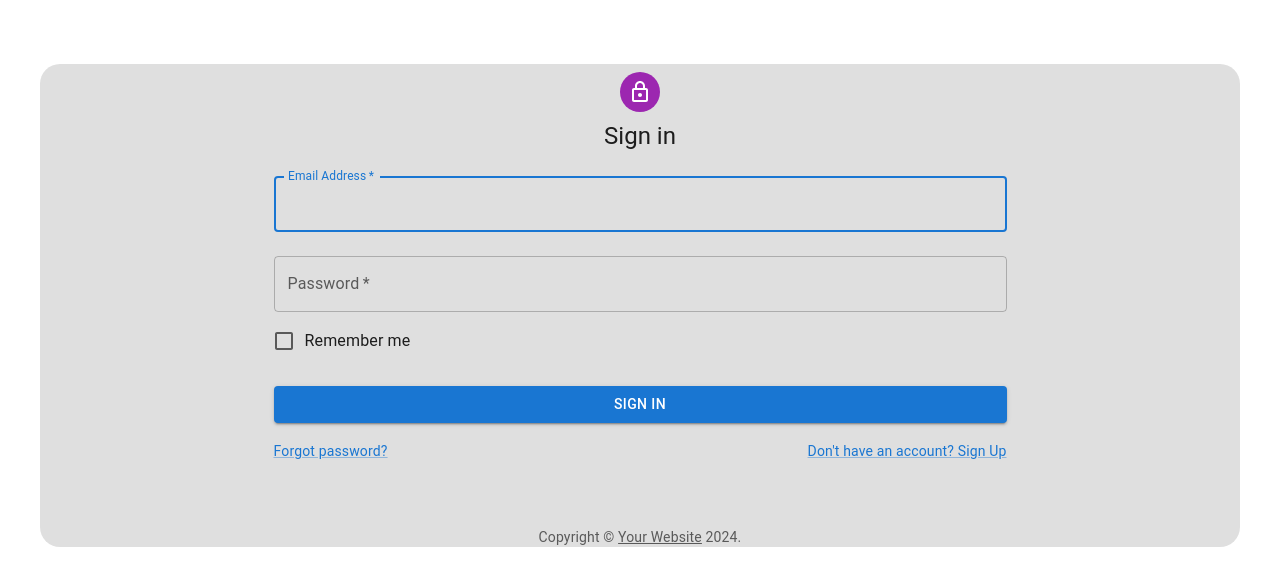
Repository: Milith97/Book-Borrowing-System
Page: /
An editor plug-in stored every save of this project. The page is shown before and after the next save, followed by the edit.
The browser window is 1280 px wide. The pictures show the whole page.
The project was rebuilt for these pictures with package versions that can differ from the ones it lists, and the page was loaded fresh each time. Also part of the build but not shown: vite.config.js, src/Componnts/SignUp.jsx, src/index.css.

Above is the page before, as saved 2024-03-25 13:35:38.

### src/App.jsx
import React from 'react';
import { BrowserRouter as Router, Route, Routes, Navigate } from 'react-router-dom';
import SignIn from './Componnts/SignIn';
import SignUp from './Componnts/SignUp';

function App() {
  return (
    <Router>
      <Routes>
        <Route path="/" element={<Navigate replace to="/signin" />} />
        <Route path="/signin" element={<SignIn />} />
        <Route path="/signup" element={<SignUp />} />
        {/* Redirects any other path to /signin */}
        <Route path="*" element={<Navigate replace to="/signin" />} />
      </Routes>
    </Router>
  );
}

export default App;

### src/Componnts/SignIn.jsx
import * as React from 'react';
import Avatar from '@mui/material/Avatar';
import Button from '@mui/material/Button';
import CssBaseline from '@mui/material/CssBaseline';
import TextField from '@mui/material/TextField';
import FormControlLabel from '@mui/material/FormControlLabel';
import Checkbox from '@mui/material/Checkbox';
import Link from '@mui/material/Link';
import Grid from '@mui/material/Grid';
import Box from '@mui/material/Box';
import LockOutlinedIcon from '@mui/icons-material/LockOutlined';
import Typography from '@mui/material/Typography';
import Container from '@mui/material/Container';
import { Link as RouterLink } from 'react-router-dom';
import { createTheme, ThemeProvider } from '@mui/material/styles';

function Copyright(props) {
  return (
    <Typography variant="body2" color="text.secondary" align="center" {...props}>
      {'Copyright © '}
      <Link color="inherit" href="https://mui.com/">
        Your Website
      </Link>{' '}
      {new Date().getFullYear()}
      {'.'}
    </Typography>
  );
}

// TODO remove, this demo shouldn't need to reset the theme.

const defaultTheme = createTheme();

export default function SignIn() {
  const handleSubmit = (event) => {
    event.preventDefault();
    const data = new FormData(event.currentTarget);
    console.log({
      email: data.get('email'),
      password: data.get('password'),
    });
  };

  return (
    <ThemeProvider theme={defaultTheme}>
      <Container component="main" maxWidth="lg" sx={{ backgroundColor: '#dfdfdf',borderRadius:5}}>
        <CssBaseline />
        <Box
          sx={{
            marginTop: 8,
            display: 'flex',
            flexDirection: 'column',
            alignItems: 'center',

          }}
        >
          <Avatar sx={{ m: 1, bgcolor: 'secondary.main' }}>
            <LockOutlinedIcon />
          </Avatar>
          <Typography component="h1" variant="h5">
            Sign in
          </Typography>
          <Box component="form" onSubmit={handleSubmit} noValidate sx={{ mt: 1 }}>
            <TextField
              margin="normal"
              required
              fullWidth
              id="email"
              label="Email Address"
              name="email"
              autoComplete="email"
              autoFocus
            />
            <TextField
              margin="normal"
              required
              fullWidth
              name="password"
              label="Password"
              type="password"
              id="password"
              autoComplete="current-password"
            />
            <FormControlLabel
              control={<Checkbox value="remember" color="primary" />}
              label="Remember me"
            />
            <Button
              type="submit"
              fullWidth
              variant="contained"
              sx={{ mt: 3, mb: 2 }}
            >
              Sign In
            </Button>
            <Grid container>
              <Grid item xs>
                <Link href="#" variant="body2">
                  Forgot password?
                </Link>
              </Grid>
              <Grid item>
                <Link component={RouterLink} to="/signup" variant="body2">
                  {"Don't have an account? Sign Up"}
                </Link>
              </Grid>
            </Grid>
          </Box>
        </Box>
        <Copyright sx={{ mt: 8, mb: 4 }} />
      </Container>
    </ThemeProvider>
  );
}

Loaded but not shown: index.html (common file); src/main.jsx (common file)

After the next save:
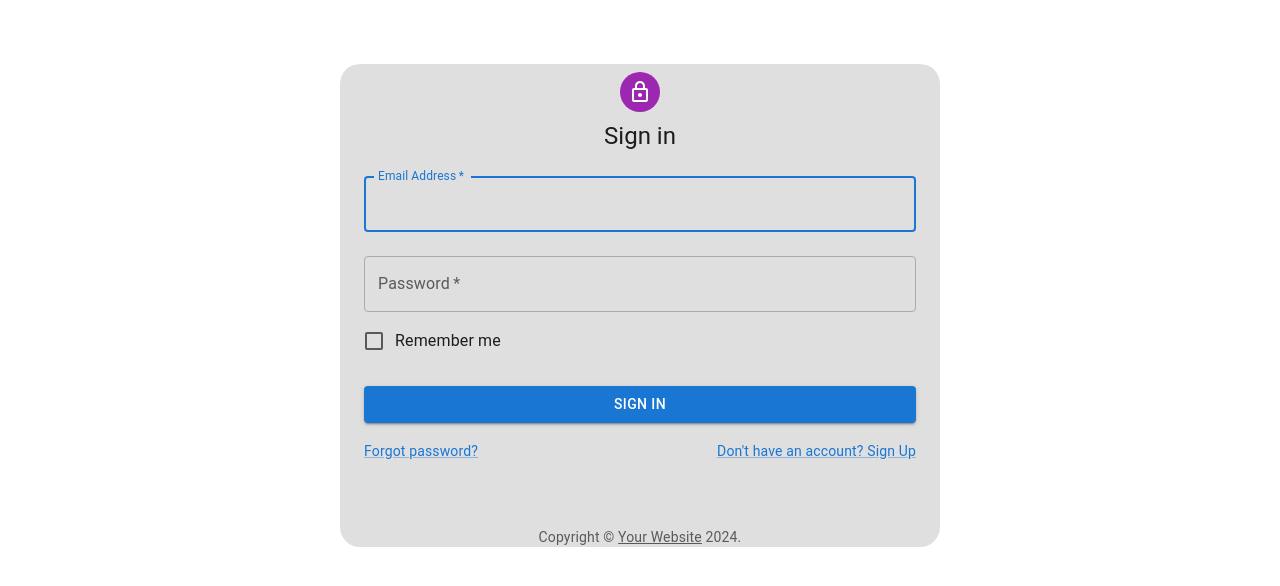
Saved 10 s later.
--- a/src/Componnts/SignIn.jsx
+++ b/src/Componnts/SignIn.jsx
@@ -43,7 +43,7 @@ export default function SignIn() {
 
   return (
     <ThemeProvider theme={defaultTheme}>
-      <Container component="main" maxWidth="lg" sx={{ backgroundColor: '#dfdfdf',borderRadius:5}}>
+      <Container component="main" maxWidth="sm" sx={{ backgroundColor: '#dfdfdf',borderRadius:5}}>
         <CssBaseline />
         <Box
           sx={{
